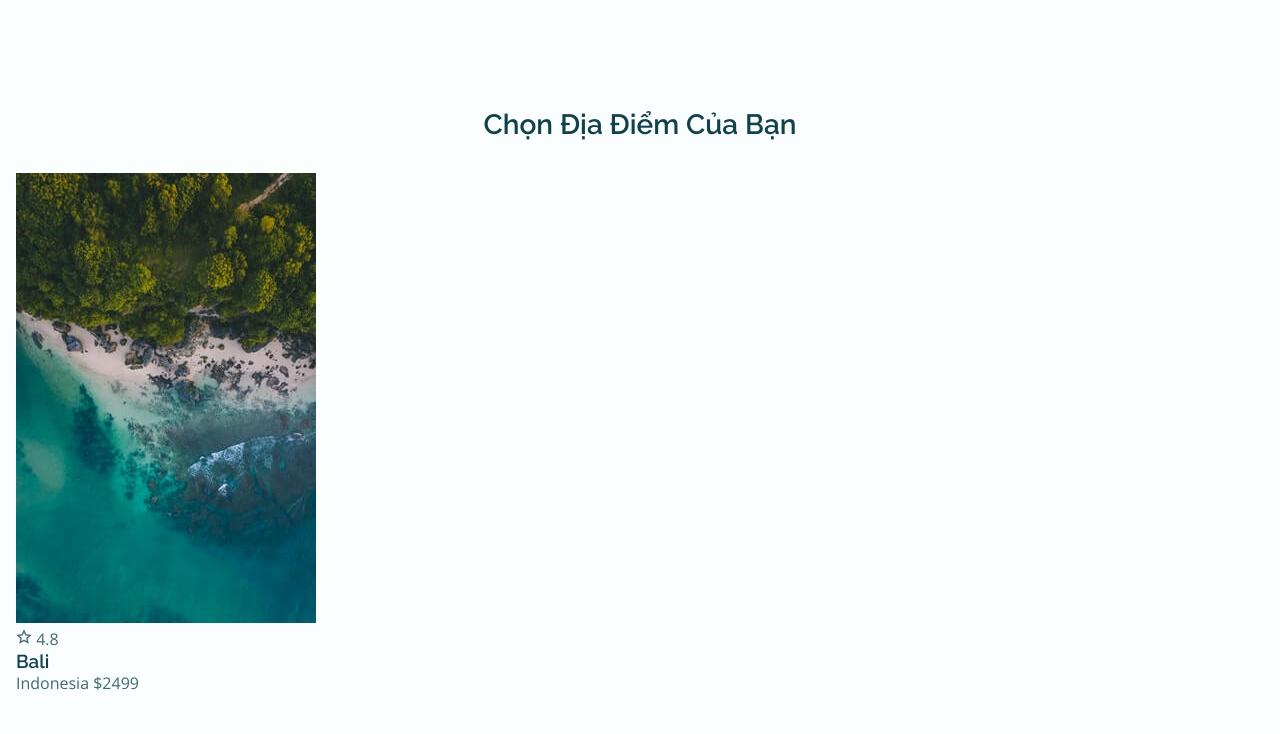
Repository: haokiet2501/travel-demo
Page: index.html
These files come from the project's save history. The page is drawn as it stood at one moment and after the next save; the edit follows.
The browser window is 1280 px wide. The pictures show the part of the page from y = 2764 to 3530 px (the page is 3498 px tall before and 3530 px after).
A picture or video elsewhere on the page could not be fetched, so the positions and the page height are approximate.

Above is the page before, as saved 2021-09-21 16:34:21.

### index.html
<!DOCTYPE html>
<html lang="en">

<head>
    <meta charset="UTF-8">
    <meta http-equiv="X-UA-Compatible" content="IE=edge">
    <meta name="viewport" content="width=device-width, initial-scale=1.0">
    <link href="https://cdn.jsdelivr.net/npm/remixicon@2.5.0/fonts/remixicon.css" rel="stylesheet">
    <link rel="stylesheet" href="/css/swiper-bundle.min.css">
    <link rel="stylesheet" href="/css/style.css">
    <title>Website Travel</title>
</head>

<body>
    <header class="header" id="header">
        <nav class="nav container">
            <a href="#" class="nav__logo">Du lịch</a>

            <div class="nav__menu" id="nav-menu">
                <ul class="nav__list">
                    <li class="nav__item">
                        <a href="#home" class="nav__link">Trang chủ</a>
                    </li>
                    <li class="nav__item">
                        <a href="#about" class="nav__link">Giới thiệu</a>
                    </li>
                    <li class="nav__item">
                        <a href="#discover" class="nav__link">Khám phá</a>
                    </li>
                    <li class="nav__item">
                        <a href="#place" class="nav__link">Địa điểm</a>
                    </li>
                </ul>

                <i class="ri-close-line nav__close" id="nav-close"></i>
            </div>

            <div class="nav__toggle" id="nav-toggle">
                <i class="ri-list-settings-line"></i>
            </div>
        </nav>
    </header>

    <main class="main">
        <!-- HOME -->
        <section class="home" id="home">
            <img src="assets/img/home1.jpg" alt="" class="home__img">

            <div class="home__container container grid">
                <div class="home__data">
                    <span class="home__data-subtitle">Khám phá địa điểm của bạn</span>
                    <h1 class="home__data-title">
                        Khám phá <br> Những <b>Bãi biển <br> Đẹp nhất</b>
                    </h1>
                    <a href="#" class="button">Khám phá</a>
                </div>

                <div class="home__social">
                    <a href="https://www.facebook.com/" target="_blank" class="home__social-link">
                        <i class="ri-facebook-box-fill"></i>
                    </a>

                    <a href="https://www.instagram.com/" target="_blank" class="home__social-link">
                        <i class="ri-instagram-fill"></i>
                    </a>

                    <a href="https://www.twitter.com/" target="_blank" class="home__social-link">
                        <i class="ri-twitter-fill"></i>
                    </a>
                </div>

                <div class="home__info">
                    <div>
                        <span class="home__info-title">5 địa điểm tốt nhất để tham quan</span>
                        <a href="#" class="button button--flex button--link home__info-button">
                            Xem <i class="ri-arrow-right-line"></i>
                        </a>
                    </div>

                    <div class="home__info-overlay">
                        <img src="/assets/img/home2.jpg" alt="" class="home__info-img">
                    </div>
                </div>
            </div>
        </section>

        <!-- ABOUT -->
        <section class="about section" id="about">
            <div class="about__container container grid">
                <div class="about__data">
                    <h2 class="section__title about__title">
                        Xem thêm thông tin <br> Về những bãi biển đẹp nhất
                    </h2>
                    <p class="about__description">
                        Bạn có thể tìm những nơi đẹp nhất của bãi biển phù hợp với giá tiền của bạn tại đây bạn có đội ngũ hỗ trợ cho bạn tất cả mà bạn không phải xếp hàng chờ.
                    </p>
                    <a href="#" class="button">Đặt chỗ ngay</a>
                </div>

                <div class="about__img">
                    <div class="about__img-overlay">
                        <img src="assets/img/about1.jpg" alt="" class="about__img-one">
                    </div>

                    <div class="about__img-overlay">
                        <img src="assets/img/about2.jpg" alt="" class="about__img-two">
                    </div>
                </div>
            </div>
        </section>

        <!-- Discover -->
        <section class="discover section" id="discover">
            <h2 class="section__title">Khám phá <br> những nơi hấp dẫn</h2>

            <div class="discover__container container swiper">
                <div class="swiper-wrapper">
                    <!-- Discover 1 -->
                    <div class="discover__card swiper-slide">
                        <img src="assets/img/discover1.jpg" alt="" class="discover__img">
                        <div class="discover__data">
                            <h2 class="discover__title">Bali</h2>
                            <span class="discover__description">24 chuyến tham quan</span>
                        </div>
                    </div>

                    <!-- Discover 2 -->
                    <div class="discover__card swiper-slide">
                        <img src="assets/img/discover2.jpg" alt="" class="discover__img">
                        <div class="discover__data">
                            <h2 class="discover__title">Hawaii</h2>
                            <span class="discover__description">15 chuyến tham quan</span>
                        </div>
                    </div>

                    <!-- Discover 3 -->
                    <div class="discover__card swiper-slide">
                        <img src="assets/img/discover3.jpg" alt="" class="discover__img">
                        <div class="discover__data">
                            <h2 class="discover__title">Hvar</h2>
                            <span class="discover__description">18 chuyến tham quan</span>
                        </div>
                    </div>

                    <!-- Discover 4 -->
                    <div class="discover__card swiper-slide">
                        <img src="assets/img/discover4.jpg" alt="" class="discover__img">
                        <div class="discover__data">
                            <h2 class="discover__title">Whitehaven</h2>
                            <span class="discover__description">32 chuyến tham quan</span>
                        </div>
                    </div>
                </div>
            </div>
        </section>

        <!-- Experience -->
        <section class="experience section">
            <h2 class="section__title">
                Với kinh nghiệm nhiều năm <br> Chúng tôi sẽ phục vụ bạn
            </h2>

            <div class="experience__container container grid">
                <div class="experience__content grid">
                    <div class="experience__data">
                        <h2 class="experience__number">20</h2>
                        <span class="experience__description">Năm <br> Kinh nghiệm</span>
                    </div>

                    <div class="experience__data">
                        <h2 class="experience__number">75</h2>
                        <span class="experience__description">
                            Các chuyến tham quan <br> Hoàn chỉnh
                        </span>
                    </div>

                    <div class="experience__data">
                        <h2 class="experience__number">500+</h2>
                        <span class="experience__description">Địa điểm <br> Du lịch</span>
                    </div>
                </div>

                <div class="experience__img grid">
                    <div class="experience__overlay">
                        <img src="assets/img/experience1.jpg" alt="" class="experience__img-one">
                    </div>

                    <div class="experience__overlay">
                        <img src="assets/img/experience2.jpg" alt="" class="experience__img-two">
                    </div>
                </div>
            </div>
        </section>

        <!-- Video -->
        <section class="video section">
            <h2 class="section__title">Video tham quan</h2>

            <div class="video__container container">
                <p class="video__description">
                    Video của chúng tôi gửi đến cho bạn và gia đình bạn những hình ảnh đẹp mắt.
                </p>

                <div class="video__content">
                    <video class="video__file" id="video-file">
                        <source src="video/video.mp4" type="video/mp4">
                    </video>

                    <button class="button button--flex video__button" id="video-button">
                        <i class="ri-play-line video__button-icon" id="video-icon"></i>
                    </button>
                </div>
            </div>
        </section>

        <!-- Place -->
        <section class="place section" id="place">
            <h2 class="section__title">Chọn địa điểm của bạn</h2>

            <div class="place__container container grid">
                <!-- Place card 1 -->
                <div class="place__card">
                    <img src="assets/img/place1.jpg" alt="" class="place__img">

                    <div class="place__content">
                        <span class="place__rating">
                            <i class="ri-star-line place__rating-icon"></i>
                            <span class="place__raitng-number">4.8</span>
                        </span>

                        <div class="place__data">
                            <h3 class="place__title">Bali</h3>
                            <span class="place_subtitle">Indonesia</span>
                            <span class="place__price">$2499</span>
                        </div>
                    </div>


                </div>
            </div>
        </section>
    </main>

    <!-- Swiper Js -->
    <script src="js/swiper-bundle.min.js"></script>

    <!-- JS -->
    <script src="js/script.js"></script>
</body>

</html>

### css/style.css
/* Google Font */
@import url('https://fonts.googleapis.com/css2?family=Open+Sans:wght@400;600&family=Raleway:wght@500;600;700&display=swap');

/* Variables css */
:root {
    --header-height: 3rem;

    /* Colors */
    --hue-color: 190;

    /* HSL color mode */
    --first-color: hsl(var(--hue-color), 64%, 12%);
    --first-color-second: hsl(var(--hue-color), 64%, 22%);
    --first-color-alt: hsl(var(--hue-color), 64%, 15%);
    --title-color: hsl(var(--hue-color), 64%, 18%);
    --text-color: hsl(var(--hue-color), 24%, 35%);
    --text-color-light: hsl(var(--hue-color), 8%, 60%);
    --input-color: hsl(var(--hue-color), 24%, 97%);
    --body-color: hsl(var(--hue-color), 100%, 99%);
    --white-color: #FFF;
    --scroll-bar-color: hsl(var(--hue-color), 12%, 90%);
    --scroll-thumb-color: hsl(var(--hue-color), 12%, 75%);

    /* Font and typography */
    --body-font: 'Open Sans', sans-serif;
    --title-font: 'Raleway', sans-serif;
    --biggest-font-size: 2.5rem;
    --h1-font-size: 1.5rem;
    --h2-font-size: 1.25rem;
    --h3-font-size: 1rem;
    --normal-font-size: .938rem;
    --small-font-size: .813rem;
    --smaller-font-size: .75rem;

    /* Font Weight */
    --font-medium: 500;
    --font-semi-bold: 600;

    /* Margin Bottom */
    --mb-0-25: .25rem;
    --mb-0-5: .5rem;
    --mb-0-75: .75rem;
    --mb-1: 1rem;
    --mb-1-25: 1.25rem;
    --mb-1-5: 1.5rem;
    --mb-2: 2rem;
    --mb-2-5: 2.5rem;

    /* Z-index */
    --z-tooltip: 10;
    --z-fixed: 100;

    /* Hover overlay */
    --img-transition: .3s;
    --img-hidden: hidden;
    --img-scale: scale(1.1);
}

@media screen and (min-width: 960px) {
    :root {
        --biggest-font-size: 4rem;
        --h1-font-size: 2.25rem;
        --h2-font-size: 1.75rem;
        --h3-font-size: 1.25rem;
        --normal-font-size: 1rem;
        --small-font-size: .875rem;
        --smaller-font-size: .813rem;
    }
}

/* Base */
* {
    padding: 0;
    margin: 0;
    box-sizing: border-box;
}

html {
    scroll-behavior: smooth;
}

body {
    margin: var(--header-height) 0 0 0;
    font-family: var(--body-font);
    font-size: var(--normal-font-size);
    background-color: var(--body-color);
    color: var(--text-color);
}

h1,h2,h3 {
    color: var(--title-color);
    font-weight: var(--font-semi-bold);
    font-family: var(--title-font);
}

ul {
    list-style: none;
}

a {
    text-decoration: none;
}

img, video {
    max-width: 100%;
    height: auto;
}

button, input {
    border: none;
    font-family: var(--body-font);
    font-size: var(--normal-font-size);
}

button {
    cursor: pointer;
}

input {
    outline: none;
}

/* Reusable css classed */
.section {
    padding: 4.5rem 0 2.5rem;
}

.section__title {
    font-size: var(--h2-font-size);
    color: var(--title-color);
    text-align: center;
    text-transform: capitalize;
    margin-bottom: var(--mb-2);
}

.container {
    max-width: 960px;
    margin-left: var(--mb-1);
    margin-right: var(--mb-1);
}

.grid {
    display: grid;
    gap: 1.5rem;
}

/* HEADER */
.header {
    width: 100%;
    position: fixed;
    top: 0;
    left: 0;
    z-index: var(--z-fixed);
    background-color: transparent;
}

/* NAV */
.nav {
    display: flex;
    justify-content: space-between;
    align-items: center;
    height: var(--header-height);
}

.nav__logo, .nav__toggle {
    color: var(--white-color);
}

.nav__logo {
    font-weight: var(--font-semi-bold);
}

.nav__toggle {
    font-size: 1.2rem;
    cursor: pointer;
}

.nav__menu {
    position: relative;
}

@media screen and (max-width: 767px) {
    .nav__menu {
        position: fixed;
        background-color: var(--body-color);
        top: 0;
        right: -100%;
        width: 70%;
        height: 100%;
        box-shadow: -1px 0 4px hsla(var(--hue-color), 64%, 15%, .15);
        padding: 3rem;
        transition: .4s;
    }
}

.nav__list {
    display: flex;
    flex-direction: column;
    row-gap: 2.5rem;
}

.nav__link {
    color: var(--text-color-light);
    font-weight: var(--font-semi-bold);
    text-transform: uppercase;
}

.nav__link:hover {
    color: var(--text-color);
}

.nav__close {
    position: absolute;
    top: .75rem;
    right: 1rem;
    font-size: 1.5rem;
    color: var(--title-color);
    cursor: pointer;
}

/* Show-Menu */
.show-menu {
    right: 0;
}

/* Change background header */
.scroll-header {
    background-color: var(--body-color);
    box-shadow: 0 0 4px hsla(var(--hue-color), 64%, 15%, .15);
}

.scroll-header .nav__logo,
.scroll-header .nav__toggle {
    color: var(--title-color);
}

/* HOME */
.home__img {
    position: absolute;
    top: 0;
    left: 0;
    width: 100%;
    height: 100vh;
    object-fit: cover;
    object-position: 83%;
}

.home__container {
    position: relative;
    height: calc(100vh - var(--header-height));
    align-content: center;
    row-gap: 3rem;
}

.home__data-subtitle, .home__data-title,
.home__social-link, .home__info {
    color: var(--white-color);
}

.home__data-subtitle {
    display: block;
    font-weight: var(--font-semi-bold);
    margin-bottom: var(--mb-0-75);
}

.home__data-title {
    font-size: var(--biggest-font-size);
    font-weight: var(--font-medium);
    margin-bottom: var(--mb-2-5);
}

.home__social {
    display: flex;
    flex-direction: column;
    row-gap: 1.5rem;
}

.home__social-link {
    font-size: 1.2rem;
    width: max-content;
}

.home__info {
    background-color: var(--first-color);
    display: flex;
    padding: 1.5rem 1rem;
    align-items: center;
    column-gap: .5rem;
    position: absolute;
    right: 0;
    bottom: 1rem;
    width: 228px;
    border-radius: 6px;
}

.home__info-title {
    display: block;
    font-size: var(--small-font-size);
    font-weight: var(--font-semi-bold);
    margin-bottom: var(--mb-0-75);
}

.home__info-button {
    font-size: var(--smaller-font-size);
}

.home__info-overlay {
    overflow: var(--img-hidden);
}

.home__info-img {
    width: 145px;
    transition: var(--img-transition);
}

.home__info-img:hover {
    transform: var(--img-scale);
}

/* BUTTON */
.button {
    display: inline-block;
    padding: 1rem 2rem;
    background-color: var(--first-color);
    color: var(--white-color);
    font-weight: var(--font-semi-bold);
    transition: .3s;
    border-radius: 4px;
}

.button:hover {
    background-color: var(--first-color-alt);
}

.button--flex {
    display: flex;
    align-items: center;
    column-gap: .25rem;
}

.button--link {
    background: none;
    padding: 0;
}

.button--link:hover {
    background: none;
}

/* About */
.about__data {
    text-align: center;
}

.about__container {
    row-gap: 2.5rem;
}

.about__description {
    margin-bottom: var(--mb-2);
}

.about__img {
    display: flex;
    column-gap: 1rem;
    align-items: center;
    justify-content: center;
}

.about__img-overlay {
    overflow: var(--img-hidden);
}

.about__img-one {
    width: 130px;
}

.about__img-two {
    width: 180px;
}

.about__img-one,
.about__img-two {
    transition: var(--img-transition);
}

.about__img-one:hover,
.about__img-two:hover {
    transform: var(--img-scale);
}

/* DISCOVER */
.discover__card {
    position: relative;
    width: 200px;
    overflow: var(--img-hidden);
}

.discover__data {
    position: absolute;
    bottom: 1.5rem;
    left: 1rem;
}

.discover__title,
.discover__description {
    color: var(--white-color);
}

.discover__title {
    font-size: var(--h3-font-size);
    margin-bottom: var(--mb-0-25);
}

.discover__description {
    display: block;
    font-size: var(--smaller-font-size);
}

.discover__img {
    transition: var(--img-transition);
}

.discover__img:hover {
    transform: var(--img-scale);
}

.swiper-3d .swiper-slide-shadow-left,
.swiper-3d .swiper-slide-shadow-right {
    background-image: none;
}

/* Experience */
.experience__container {
    row-gap: 2.5rem;
    justify-content: center;
    justify-items: center;
}

.experience__content {
    grid-template-columns: repeat(3, 1fr);
    column-gap: 1rem;
    justify-items: center;
    padding: 0 2rem;
}

.experience__number {
    font-size: var(--h2-font-size);
    font-weight: var(--font-semi-bold);
    margin-bottom: var(--mb-0-5);
}

.experience__description {
    font-size: var(--small-font-size);
}

.experience__img {
    position: relative;
    padding-bottom: 2rem;
}

.experience__overlay:nth-child(1) {
    width: 263px;
    margin-right: 2rem;
}

.experience__overlay:nth-child(2) {
    width: 120px;
    position: absolute;
    top: 2rem;
    right: 0;
}

.experience__img-one,
.experience__img-two {
    transition: var(--img-transition);
}

.experience__img-one:hover,
.experience__img-two:hover {
    transform: var(--img-scale);
}

.experience__overlay {
    overflow: var(--img-hidden);
}

/* VIDEO */
.video__container {
    padding-bottom: 1rem;
}

.video__description {
    text-align: center;
    margin-bottom: var(--mb-2-5);
}

.video__content {
    position: relative;
}

.video__file {
    border-radius: 4px;
}

.video__button {
    position: absolute;
    right: 1rem;
    bottom: -1rem;
    padding: 1rem 1.5rem;
}

.video__button-icon {
    font-size: 1.2rem;
}

### js/script.js
// Show Menu
const navMenu = document.getElementById("nav-menu"),
  navToggle = document.getElementById("nav-toggle"),
  navClose = document.getElementById("nav-close");

if (navToggle) {
  navToggle.addEventListener("click", () => {
    navMenu.classList.add("show-menu");
  });
}

if (navClose) {
  navClose.addEventListener("click", () => {
    navMenu.classList.remove("show-menu");
  });
}

// Remove menu Mobile
const navLink = document.querySelectorAll(".nav__link");

function linkAction() {
  const navMenu = document.getElementById("nav-menu");

  navMenu.classList.remove("show-menu");
}
navLink.forEach((n) => n.addEventListener("click", linkAction));

// Change background header
function scrollHeader() {
  const header = document.getElementById("header");

  if (this.scrollY >= 100) header.classList.add("scroll-header");
  else header.classList.remove("scroll-header");
}
window.addEventListener("scroll", scrollHeader);

// Swiper js
var swiper = new Swiper(".discover__container", {
  effect: "coverflow",
  grabCursor: true,
  centeredSlides: true,
  slidesPerView: "auto",
  loop:true,
  spaceBetween: 32,
  coverflowEffect: {
    rotate: 0,
  },
});

// Video

const videoFile = document.getElementById('video-file'),
      videoButton = document.getElementById('video-button'),
      videoIcon = document.getElementById('video-icon')

function playPause() {
    if(videoFile.paused) {
        // Play video
        videoFile.play()

        // We change the icon
        videoIcon.classList.add('ri-pause-line')
        videoIcon.classList.remove('ri-play-line')
    } else {
        // Pause video
        videoFile.pause()

        // We change the icon
        videoIcon.classList.remove('ri-pause-line')
        videoIcon.classList.add('ri-play-line')
    }
}

videoButton.addEventListener('click', playPause)

function finalVideo() {
    // Video end, icon change
    videoIcon.classList.remove('ri-pause-line')
    videoIcon.classList.remove('ri-play-line')
}

videoFile.addEventListener('ended', finalVideo)

Loaded but not shown: css/swiper-bundle.min.css (library); js/swiper-bundle.min.js (library)

After the next save:
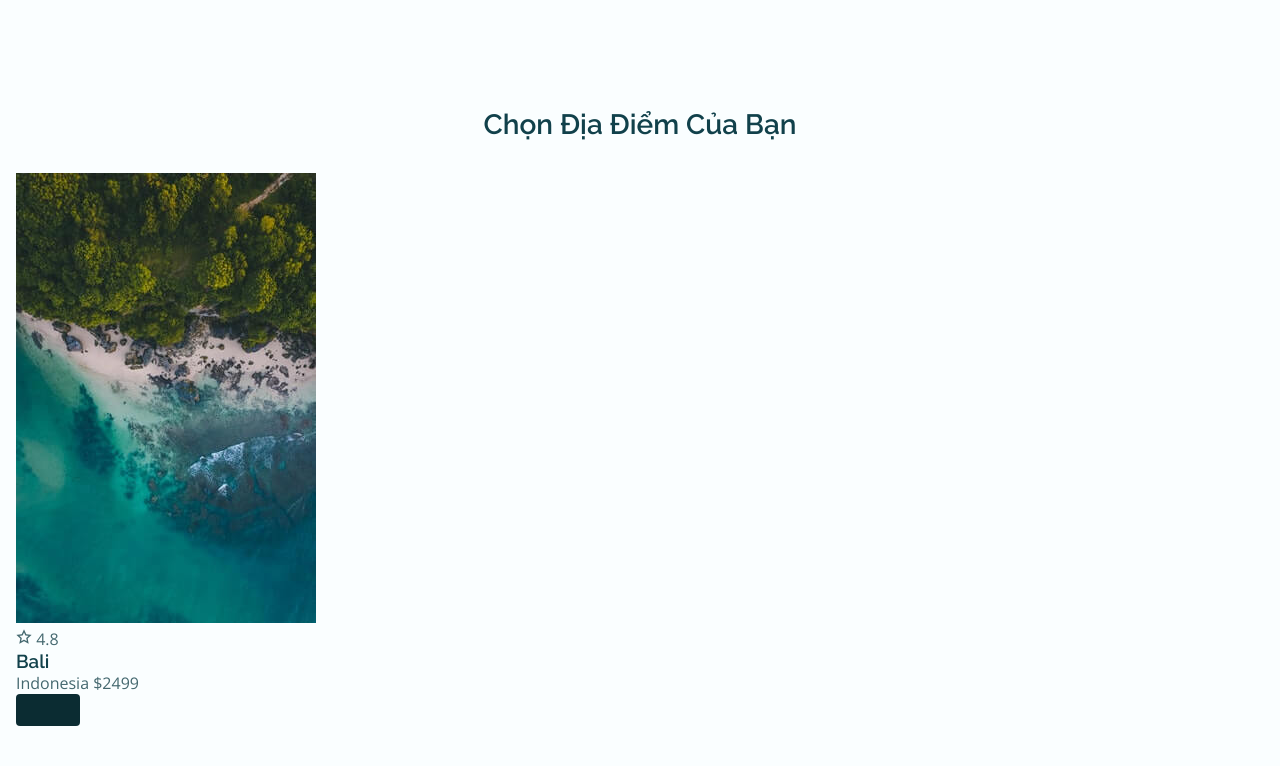
Saved 15 s later.
--- a/index.html
+++ b/index.html
@@ -235,7 +235,7 @@
                         </div>
                     </div>
 
-
+                    <button class="button button--flex"></button>
                 </div>
             </div>
         </section>
